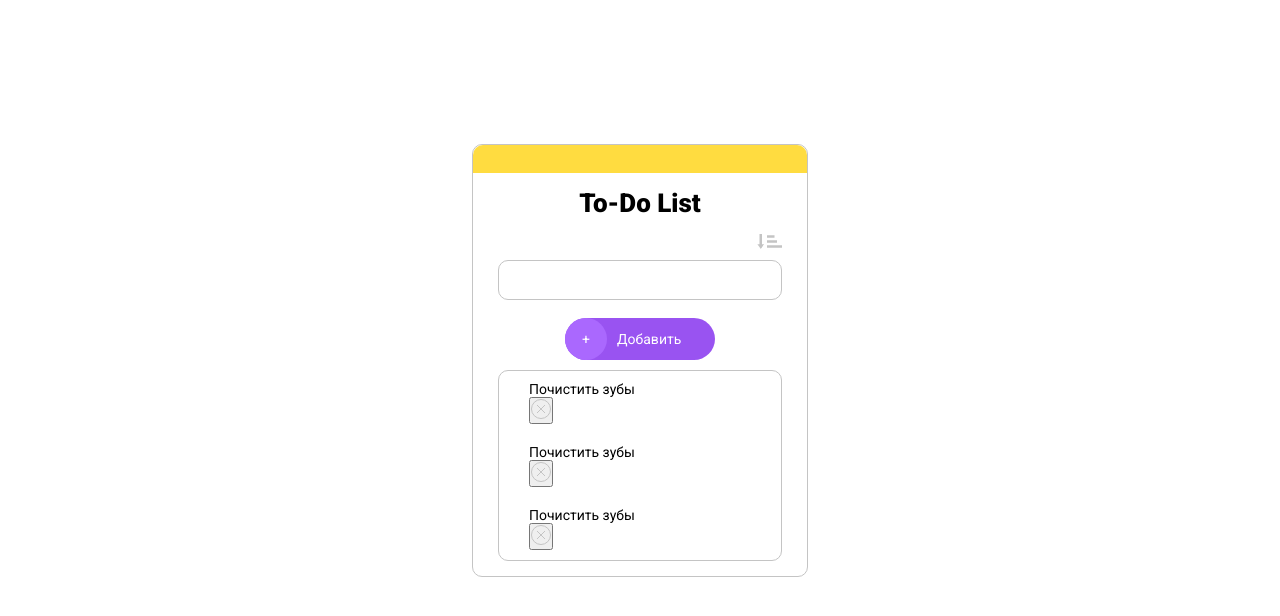
Repository: PoladEziz/Task-15
Page: index.html
These files come from the project's save history. The page is drawn as it stood at one moment and after a run of saves; the edit follows.
The browser window is 1280 px wide. The pictures show the whole page.
The style sheet was rebuilt from its Sass, Less or Tailwind sources for each picture, by a compiler version that may differ from the author's.

Above is the page before, as saved 2023-08-10 16:05:43.

After the next 3 saves:
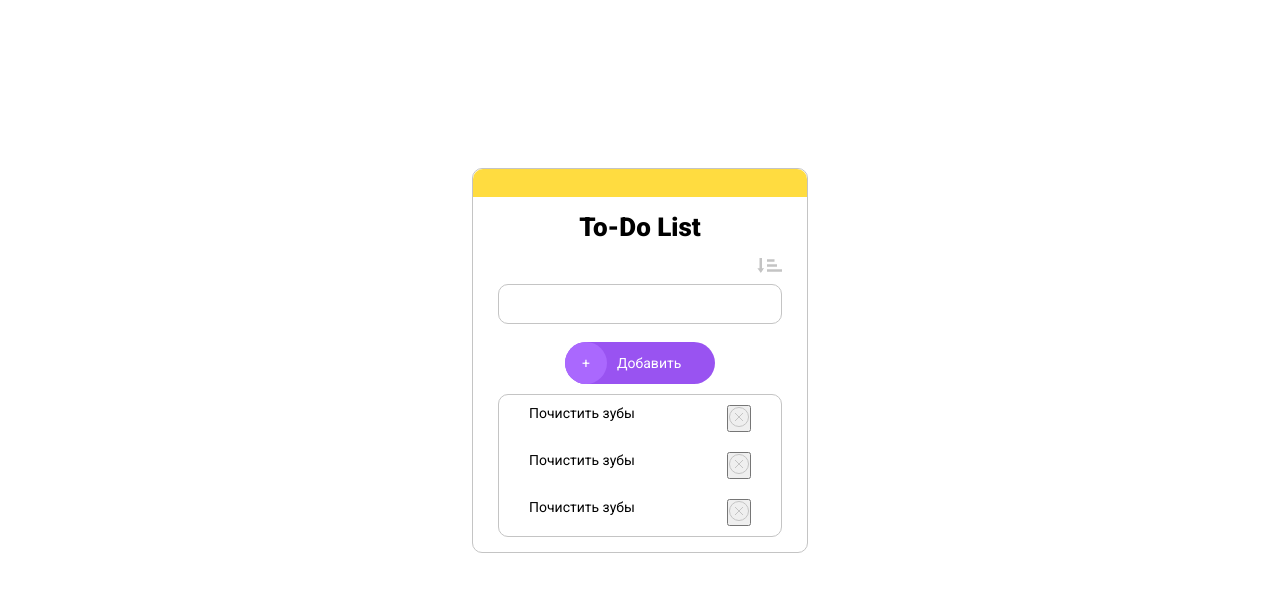
The 3 saves are shown as one change because 1 did not build or start and some came seconds apart.
The last was saved 24 s later.
--- a/index.scss
+++ b/index.scss
@@ -122,6 +122,8 @@
         /* display: none; */
         li {
           list-style-type: none;
+          display: flex;
+          justify-content: space-between;
           p{
             color: #000;
             font-family: Roboto;
